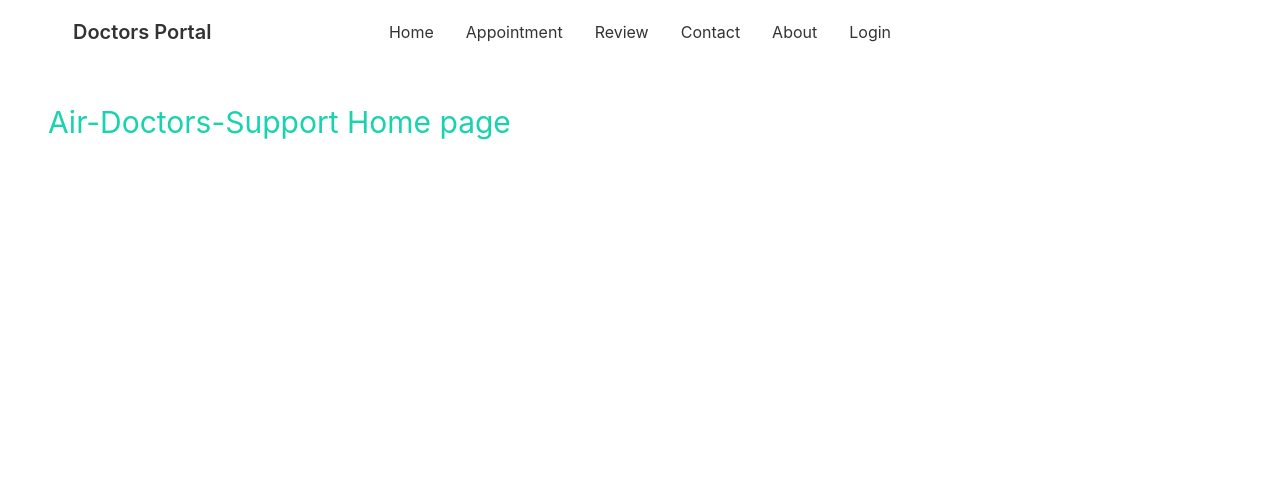
Repository: Devloper-solaiman/Air-Doctors-Support
Page: /
An editor plug-in stored every save of this project. The page is shown before and after the next save, followed by the edit.
The browser window is 1280 px wide. The pictures show the whole page.
The project was rebuilt for these pictures with package versions that can differ from the ones it lists, and the page was loaded fresh each time. Also part of the build but not shown: src/App.css.

Above is the page before, as saved 2023-02-19 12:45:53.

### public/index.html
<!DOCTYPE html>
<html lang="en">
  <head>
    <meta charset="utf-8" />
    <link rel="icon" href="%PUBLIC_URL%/favicon.ico" />
    <meta name="viewport" content="width=device-width, initial-scale=1" />
    <meta name="theme-color" content="#000000" />
    <meta
      name="description"
      content="Web site created using create-react-app"
    />
    <link rel="apple-touch-icon" href="%PUBLIC_URL%/logo192.png" />
    <!--
      manifest.json provides metadata used when your web app is installed on a
      user's mobile device or desktop. See https://developers.google.com/web/fundamentals/web-app-manifest/
    -->
    <link rel="manifest" href="%PUBLIC_URL%/manifest.json" />
    <!--
      Notice the use of %PUBLIC_URL% in the tags above.
      It will be replaced with the URL of the `public` folder during the build.
      Only files inside the `public` folder can be referenced from the HTML.

      Unlike "/favicon.ico" or "favicon.ico", "%PUBLIC_URL%/favicon.ico" will
      work correctly both with client-side routing and a non-root public URL.
      Learn how to configure a non-root public URL by running `npm run build`.
    -->
    <title>Air-Doctors-Support</title>
  </head>
  <body>
    <noscript>You need to enable JavaScript to run this app.</noscript>
    <div id="root"></div>
    <!--
      This HTML file is a template.
      If you open it directly in the browser, you will see an empty page.

      You can add webfonts, meta tags, or analytics to this file.
      The build step will place the bundled scripts into the <body> tag.

      To begin the development, run `npm start` or `yarn start`.
      To create a production bundle, use `npm run build` or `yarn build`.
    -->
  </body>
</html>

### src/App.js
import { Route, Routes } from 'react-router-dom';
import './App.css';
import Home from './Pages/Home/Home';
import Navbar from './Pages/Shared/Navbar';

function App() {
  return (
    <section className='max-w-7xl mx-auto px-12'>
      <Navbar></Navbar>
      <Routes>
        <Route path='/' element={<Home></Home>}></Route>
      </Routes>
    </section>
  );
}

export default App;

### src/Pages/Home/Home.js
import React from 'react';

const Home = () => {
    return (
        <section>
            <h5 className='text-secondary text-3xl mt-10 '>Air-Doctors-Support Home page</h5>
        </section>
    );
};

export default Home;

### src/Pages/Shared/Navbar.js
import React from 'react';
import { Link } from 'react-router-dom';
import auth from "./../../fairebase.init";
import { useAuthState } from "react-firebase-hooks/auth"
import { signOut } from 'firebase/auth';

const Navbar = () => {
    const [user] = useAuthState(auth);

    const logout = () => {
        signOut(auth);
    }
    const menuItems = <>
        <li><Link to="/">Home</Link></li>
        <li><Link to="/appointment">Appointment</Link></li>
        <li><Link to="/review">Review</Link></li>
        <li><Link to="/contact">Contact</Link></li>
        <li><Link to="/about">About</Link></li>
        {
            user && <li><Link to="/dashboard">Dashboard</Link></li>
        }
        <li>{user ? <button className='btn btn-ghost' onClick={logout}>Sign Out</button> : <Link to="login">Login</Link>}</li>
    </>

    return (
        <div className="navbar bg-base-100">
            <div className="navbar-start">
                <div className="dropdown">
                    <label tabIndex="0" className="btn btn-ghost lg:hidden">
                        <svg xmlns="http://www.w3.org/2000/svg" className="h-5 w-5" fill="none" viewBox="0 0 24 24" stroke="currentColor"><path strokeLinecap="round" strokeLinejoin="round" strokeWidth="2" d="M4 6h16M4 12h8m-8 6h16" /></svg>
                    </label>
                    <ul tabIndex="0" className="menu menu-compact dropdown-content mt-3 p-2 shadow bg-base-100 rounded-box w-52">
                        {menuItems}
                    </ul>
                </div>
                <p className="btn btn-ghost normal-case text-xl">Doctors Portal</p>
            </div>
            <div className="navbar-center hidden lg:flex">
                <ul className="menu menu-horizontal p-0">
                    {menuItems}
                </ul>
            </div>
            <div className="navbar-end">
                <label tabIndex="1" for="dashboard-sidebar" className="btn btn-ghost lg:hidden">
                    <svg xmlns="http://www.w3.org/2000/svg" className="h-5 w-5" fill="none" viewBox="0 0 24 24" stroke="currentColor"><path strokeLinecap="round" strokeLinejoin="round" strokeWidth="2" d="M4 6h16M4 12h8m-8 6h16" /></svg>
                </label>
            </div>
        </div>
    );
};

export default Navbar;

### src/fairebase.init.js
// Import the functions you need from the SDKs you need
import { initializeApp } from "firebase/app";
import { getAuth } from "firebase/auth";
// TODO: Add SDKs for Firebase products that you want to use
// https://firebase.google.com/docs/web/setup#available-libraries

// Your web app's Firebase configuration
const firebaseConfig = {
    apiKey: "AIzaSyBXt798-uZv5EqNzRViJX9cq5wkLiHWpeI",
    authDomain: "air-doctors-support.firebaseapp.com",
    projectId: "air-doctors-support",
    storageBucket: "air-doctors-support.appspot.com",
    messagingSenderId: "111522811062",
    appId: "1:111522811062:web:394e994cc6f9467ed46a17"
};

// Initialize Firebase
const app = initializeApp(firebaseConfig);
const auth = getAuth(app)
export default auth

### tailwind.config.js
/** @type {import('tailwindcss').Config} */
module.exports = {
  content: ["./src/**/*.{html,js}"],
  theme: {
    extend: {},
  },
  daisyui: {
    themes: [
      {
        doctortheme: {
          primary: "#0FCFEC",
          secondary: "#19D3AE",
          accent: "#3A4256",
          neutral: "#3d4451",
          "base-100": "#ffffff",
        },
      },
      "dark",
      "cupcake",
    ],
  },
  plugins: [require("daisyui")],
}

### src/Pages/Shared/Footer.js
import React from 'react';
import footer from '../../assets/images/footer.png'
import { Link } from "react-router-dom";

const Footer = () => {
    return (
        <footer style={{
            background: `url(${footer})`,
            backgroundSize: 'cover'
        }} className="p-10">
            <div className='footer'>
                <div>
                    <span className="footer-title">Services</span>
                    <Link className="link link-hover">Branding</Link>
                    <Link className="link link-hover">Design</Link>
                    <Link className="link link-hover">Marketing</Link>
                    <Link className="link link-hover">Advertisement</Link>
                </div>
                <div>
                    <span className="footer-title">Company</span>
                    <Link className="link link-hover">About us</Link>
                    <Link className="link link-hover">Contact</Link>
                    <Link className="link link-hover">Jobs</Link>
                    <Link className="link link-hover">Press kit</Link>
                </div>
                <div>
                    <span className="footer-title">Legal</span>
                    <Link className="link link-hover">Terms of use</Link>
                    <Link className="link link-hover">Privacy policy</Link>
                    <Link className="link link-hover">Cookie policy</Link>
                </div>
            </div>
            <div className='my-10 text-center'>
                <p>Copyright © 2022 - All right reserved</p>
            </div>
        </footer>
    );
};

export default Footer;

Loaded but not shown: src/index.js (common file); src/index.css (common file); src/reportWebVitals.js (common file)

After the next save:
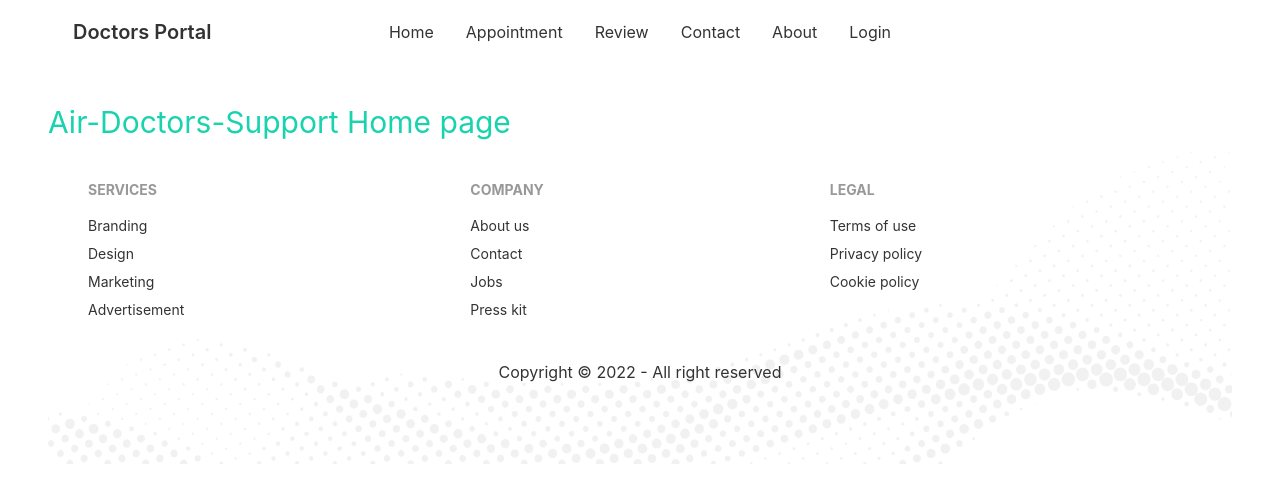
Saved 29 s later.
--- a/src/Pages/Home/Home.js
+++ b/src/Pages/Home/Home.js
@@ -1,9 +1,11 @@
 import React from 'react';
+import Footer from '../Shared/Footer';
 
 const Home = () => {
     return (
         <section>
             <h5 className='text-secondary text-3xl mt-10 '>Air-Doctors-Support Home page</h5>
+            <Footer></Footer>
         </section>
     );
 };
